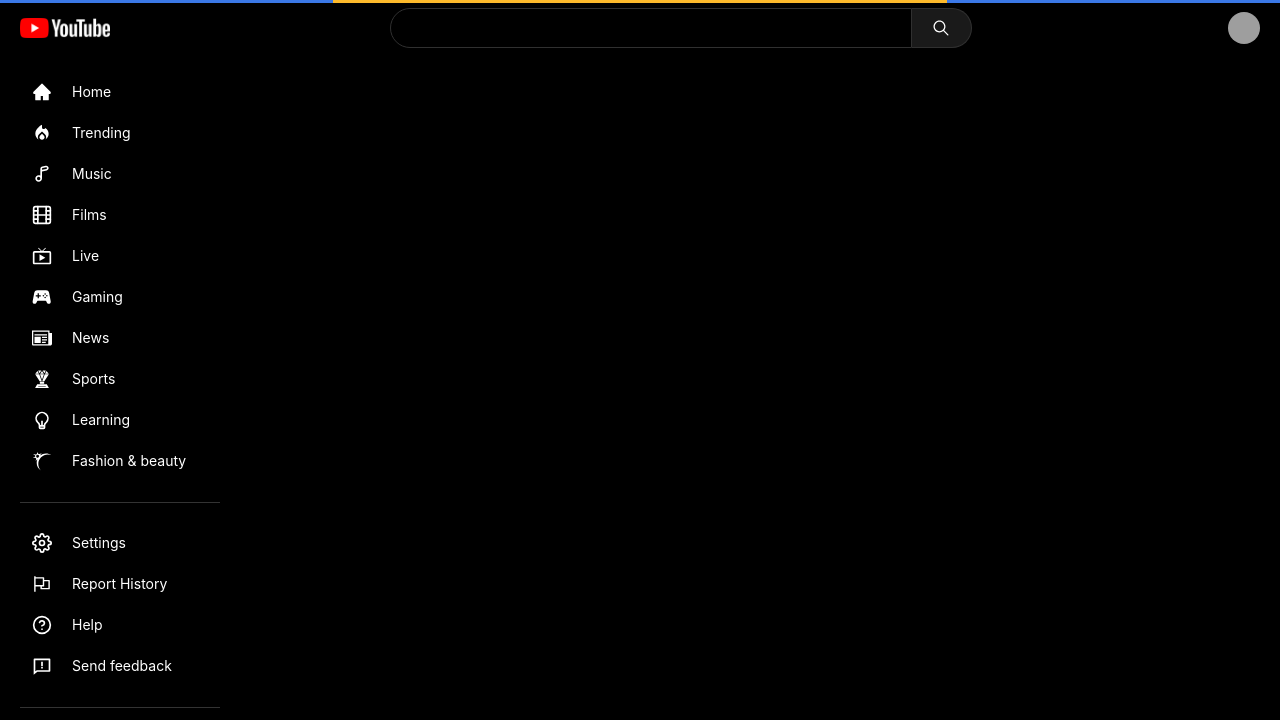
Repository: deepakbind/youtube_lite
Page: /
The author's editor kept a copy of each file at every save. The page is drawn from the files as they stood at one save, then again after the next save.
The browser window is 1280 px wide. The pictures show the whole page.
Pictures or frames that could not be fetched are drawn as grey boxes. The page's requests for data from a server got no answer. The project was rebuilt for these pictures with package versions that can differ from the ones it lists, and the page was loaded fresh each time. No one was signed in, and anything a server would have sent is missing. Also part of the build but not shown: src/shared/videoLength.jsx, src/components/VideoCard.jsx, src/components/SearchResultVideoCard.jsx, src/components/SearchResult.jsx, src/components/SuggestionVideoCard.jsx, src/components/VideoDetails.jsx.

Above is the page before, as saved 2023-03-03 08:56:56.

### public/index.html
<!DOCTYPE html>
<html lang="en">
  <head>
    <meta charset="utf-8" />
    <link rel="icon" href="%PUBLIC_URL%/favicon.ico" />
    <meta name="viewport" content="width=device-width, initial-scale=1" />
    <meta name="theme-color" content="#000000" />
    <meta
      name="description"
      content="Web site created using create-react-app"
    />
    <link rel="apple-touch-icon" href="%PUBLIC_URL%/logo192.png" />

    <link rel="manifest" href="%PUBLIC_URL%/manifest.json" />

    <title>Youtube</title>
  </head>
  <body>
    <div id="root"></div>

  </body>
</html>

### src/index.js
import React from "react";
import  ReactDOM  from "react-dom/client";
import './index.css';
import App from './App';

const root = ReactDOM.createRoot(document.getElementById("root"));
root.render(<App/>);

### src/App.js
import React from 'react';
import { BrowserRouter, Routes, Route } from 'react-router-dom';

import Header from './components/Header';
import Feed from './components/Feed';
import SearchResult from './components/SearchResult';
import VideoDetails from './components/VideoDetails';
import { AppContext } from './context/contextApi';
const App = () => {
  return (
    <AppContext>
      <BrowserRouter>
        <div className='flex flex-col h-full'>
          <Header />
          <Routes>
            <Route path='/' exact element={<Feed />} />
            <Route path='/searchResult/:searchQuery' element={<SearchResult />} />
            <Route path='/video/:id' element={<VideoDetails />} />
          </Routes>
        </div>
      </BrowserRouter>
    </AppContext>
  );
};

export default App;

### src/components/Header.jsx
import React, { useContext, useState } from "react";
import { Link, useLocation, useNavigate } from "react-router-dom";

import ytLogo from "../images/yt-logo.png";
import ytLogoMobile from "../images/yt-logo-mobile.png";

import { SlMenu } from "react-icons/sl";
import { IoIosSearch } from "react-icons/io";
import { RiVideoAddLine } from "react-icons/ri";
import { FiBell } from "react-icons/fi";
import { CgClose } from "react-icons/cg";

import { Context } from "../context/contextApi";
import Loader from "../shared/loader";

const Header = () => {
    const [searchQuery, setSearchQuery] = useState("");

    const { loading, mobileMenu, setMobileMenu } = useContext(Context);

    const navigate = useNavigate();

    const searchQueryHandler = (event) => {
        if ((event?.key === "Enter" || event === "searchButton") && searchQuery?.length > 0) {
            navigate(`/searchResult/${searchQuery}`);
        }
    };

    const mobileMenuToggle = () => {
        setMobileMenu(!mobileMenu);
    };

    const { pathname } = useLocation();
    const pageName = pathname?.split("/")?.filter(Boolean)?.[0]

    return (
        <div className="sticky top-0 z-10 flex flex-row items-center justify-between h-14 px-4 md:px-5 dark:bg-white bg-black">
            {loading && <Loader />}

            <div className="flex h-5 items-center">
                {pageName !== "video" && (
                    <div
                        className="flex md:hidden md:mr-6 cursor-pointer items-center justify-center h-10 w-10 rounded-full hover:bg-[#303030]/[0.6]"
                        onClick={mobileMenuToggle}
                        >
                        {mobileMenu ? (
                            <CgClose className="text-white text-xl" />
                        ) : (
                            <SlMenu className="text-white text-xl" />
                        )}
                    </div>
                )}
                <Link to="/" className="flex h-5 items-center">
                    <img
                        className="h-full hidden md:block"
                        src={ytLogo}
                        alt="Youtube" />
                    <img
                        className="h-full md:hidden"
                        src={ytLogoMobile}
                        alt="Youtube" />
                </Link>
            </div>
            <div className="group flex items-center">
                <div className="flex h-8 md:h-10 md:ml-10 md:pl-5 border border-[#303030] rounded-l-3xl group-focus-within:border-blue-500 md:group-focus-within:ml-5 md:group-focus-within:pl-0">
                    <div className="w-10 items-center justify-center hidden group-focus-within:md:flex">
                        <IoIosSearch className="text-white text-xl" />
                    </div>
                    <input
                        type="text"
                        className="bg-transparent outline-none text-white pr-5 pl-5 md:pl-0 w-44 md:group-focus-within:pl-0 md:w-64 lg:w-[500px]"
                        onChange={(e) => setSearchQuery(e.target.value)}
                        onKeyUp={searchQueryHandler}
                        value={searchQuery}
                    />
                </div>
                <button className="w-[400px] md:w-[60px] h-8 md:h-10 flex items-center justify-center border border-l-0 border-[#303030] rounded-r-3xl bg-white/[0.1]">
                    <IoIosSearch className="text-white text-xl" />
                </button>
            </div>
            <div className="flex items-center">
                <div className=" hidden dark:md:flex">
                    <div className="flex items-center justify-center h-10 w-10 rounded-full hover:bg-[#303030]/[0.6]">
                        <RiVideoAddLine className="text-white text-xl cursor-pointer" />
                    </div>
                    <div className="flex items-center justify-center ml-2 h-10 w-10 rounded-full hover:bg-[#303030]/[0.6]">
                        <FiBell className="text-white text-xl cursor-pointer" />
                    </div>
                </div>
                <div className="flex h-8 w-8 overflow-hidden rounded-full md:ml-4">
                        <img src="https://xsgames.co/randomusers/assets/avatars/female/27.jpg" />
                    </div>
            </div>
        </div>
    );
};
export default Header;

### src/components/Feed.jsx
import React, { useContext, useEffect } from "react";

import { Context } from "../context/contextApi";
import LeftNav from "./LeftNav";
import VideoCard from "./VideoCard";

const Feed = () => {
  const { loading, searchResults } = useContext(Context);

  useEffect(()=> {
document.getElementById("root").classList.remove("custom-h");
  },[]);

  return (
    <div className="flex flex-row h-[calc(100%-56px)]">
      <LeftNav />
      <div className="grow w-[calc(100%-240px)] h-full overflow-y-auto bg-black">
        <div className="grid grid-cols-1 md:grid-cols-2 lg:grid-cols-3 xl:grid-cols-4 gap-4 p-5">
          {!loading &&
            searchResults &&
            searchResults?.map((item) => {
              if (item?.type !== "video") return false;
              return (
                <VideoCard
                  key={item?.video?.videoId}
                  video={item?.video}
                />
              );
            })}
        </div>
      </div>
    </div>
  );
};

export default Feed;

### src/context/contextApi.js
import React, { createContext, useState, useEffect } from "react";

import { fetchDataFromApi } from "../utils/api";
export const Context = createContext();

export const AppContext = (props) => {
    const [loading, setLoading] = useState(false);
    const [searchResults, setSearchResults] = useState([]);
    const [selectCategories, setSelectCategories] = useState("New");
    const [mobileMenu, setMobileMenu] = useState(false);

    useEffect(() => {
        fetchSelectedCategoryData(selectCategories);
    }, [selectCategories]);

    const fetchSelectedCategoryData = (query) => {
        setLoading(true);
        fetchDataFromApi(`search/?q=${query}`).then(({ contents }) => {
            console.log(contents);
            setSearchResults(contents);
            setLoading(false);
        });
    };

    return (
        <Context.Provider
            value={{
                loading,
                setLoading,
                searchResults,
                selectCategories,
                setSelectCategories,
                mobileMenu,
                setMobileMenu,
            }}
        >
            {props.children}
        </Context.Provider>
    );
};

### src/shared/loader.jsx
import React from 'react';

const Loader = () => {
  return (
    <div className='load-bar'>
    <div className='bar'></div>
    <div className='bar'></div>
    <div className='bar'></div>
    </div>
  );
};

export default Loader;

### src/components/LeftNav.jsx
import React, { useContext } from "react";
import { useNavigate } from "react-router-dom";

import LeftNavMenuItem from "./LeftNavMenuItem";
import { categories } from "../utils/constants";
import { Context } from "../context/contextApi";

const LeftNav = () => {
    const { selectedCategory, setSelectedCategory, mobileMenu } =
        useContext(Context);

    const navigate = useNavigate();

    const clickHandler = (name, type) => {
        switch (type) {
            case "category":
                return setSelectedCategory(name);
            case "home":
                return setSelectedCategory(name);
            case "menu":
                return false;
            default:
                break;
        }
    };

    return (
        <div
            className={`md:block w-[240px] overflow-y-auto h-full py-4 bg-black absolute md:relative z-10 translate-x-[-240px] md:translate-x-0 transition-all ${
                mobileMenu ? "translate-x-0" : ""
            }`}
        >
            <div className="flex px-5 flex-col">
                {categories.map((item) => {
                    return (
                        <React.Fragment key={item.name}>
                            <LeftNavMenuItem
                                text={item.type === "home" ? "Home" : item.name}
                                icon={item.icon}
                                action={() => {
                                    clickHandler(item.name, item.type);
                                    navigate("/");
                                }}
                                className={`${
                                    selectedCategory === item.name
                                        ? "bg-white/[0.15]"
                                        : ""
                                }`}
                            />
                            {item.divider && (
                                <hr className="my-5 border-white/[0.2]" />
                            )}
                        </React.Fragment>
                    );
                })}
                <hr className="my-5 border-white/[0.2]" />
                <div className="text-white/[0.5] text-[12px]">
                    Clone by: DEEPAK KUMAR BIND
                </div>
            </div>
        </div>
    );
};

export default LeftNav;

### src/utils/api.js
import axios from "axios";
const BASE_URL = 'https://youtube138.p.rapidapi.com'
const options = {
    params: {hl: 'en', gl: 'US'},
    headers: {
      // 'X-RapidAPI-Key': process.env.REACT_APP_YOUTUBE_API_KEY,
      'X-RapidAPI-Key': '63fbd6d704mshaceeb7f09200ab1p10dd8fjsnc5c94eaca95f',
    'X-RapidAPI-Host': 'youtube138.p.rapidapi.com'
    }
  };

 export const fetchDataFromApi = async(url) => {
    const {data} = await axios.get(`${BASE_URL}/${url}`, options);
    return data;
  }

### src/utils/constants.js
import React from "react";

import { AiFillHome, AiOutlineFlag } from "react-icons/ai";
import { MdLocalFireDepartment, MdLiveTv } from "react-icons/md";
import { CgMusicNote } from "react-icons/cg";
import { FiFilm } from "react-icons/fi";
import { IoGameControllerSharp } from "react-icons/io5";
import { ImNewspaper } from "react-icons/im";
import { GiDiamondTrophy, GiEclipse } from "react-icons/gi";
import { RiLightbulbLine, RiFeedbackLine } from "react-icons/ri";
import { FiSettings, FiHelpCircle } from "react-icons/fi";

export const categories = [
    { name: "New", icon: <AiFillHome />, type: "home" },
    { name: "Trending", icon: <MdLocalFireDepartment />, type: "category" },
    { name: "Music", icon: <CgMusicNote />, type: "category" },
    { name: "Films", icon: <FiFilm />, type: "category" },
    { name: "Live", icon: <MdLiveTv />, type: "category" },
    { name: "Gaming", icon: <IoGameControllerSharp />, type: "category" },
    { name: "News", icon: <ImNewspaper />, type: "category" },
    { name: "Sports", icon: <GiDiamondTrophy />, type: "category" },
    { name: "Learning", icon: <RiLightbulbLine />, type: "category" },
    {
        name: "Fashion & beauty",
        icon: <GiEclipse />,
        type: "category",
        divider: true,
    },
    { name: "Settings", icon: <FiSettings />, type: "menu" },
    { name: "Report History", icon: <AiOutlineFlag />, type: "menu" },
    { name: "Help", icon: <FiHelpCircle />, type: "menu" },
    { name: "Send feedback", icon: <RiFeedbackLine />, type: "menu" },
];

### tailwind.config.js
/** @type {import('tailwindcss').Config} */
module.exports = {
  content: ["./src/**/*.{js,jsx,ts,tsx}"],
  theme: {
    extend: {},
  },
  plugins: [require('@tailwindcss/line-clamp')],
};

Loaded but not shown: src/index.css (common file); src/components/LeftNavMenuItem.jsx (common file)

After the next save:
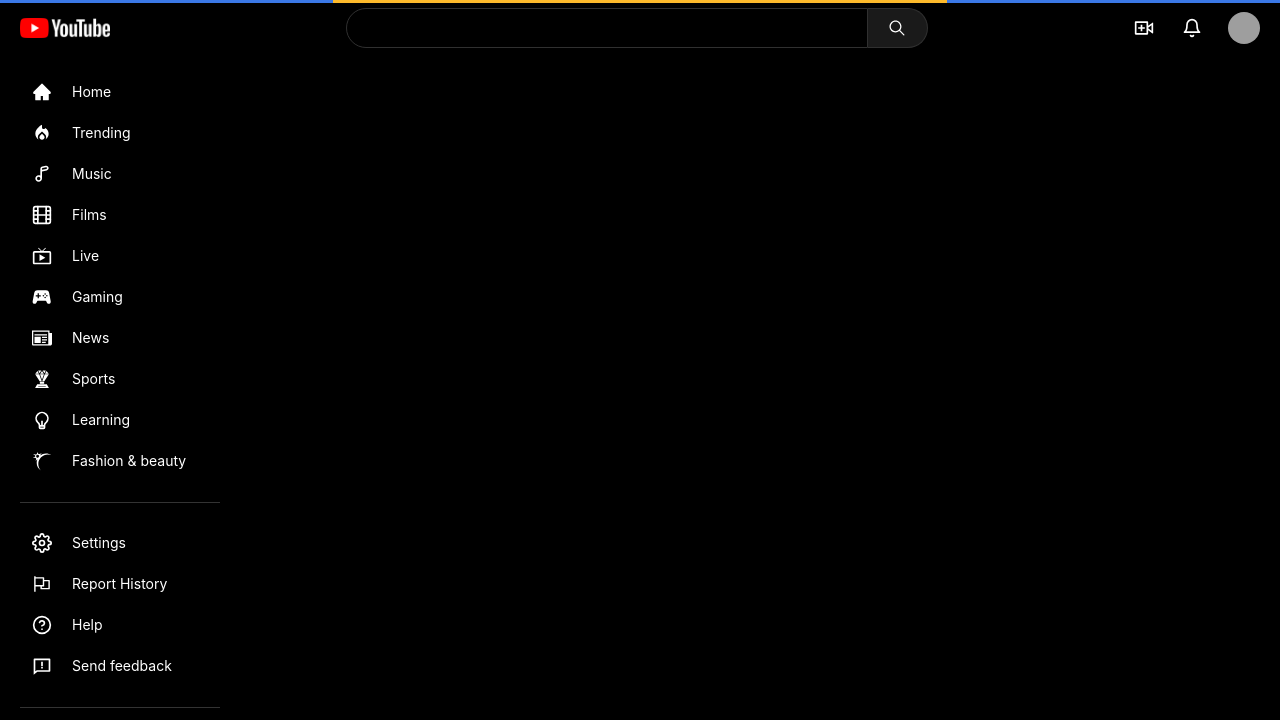
Saved 50 s later.
--- a/src/components/Header.jsx
+++ b/src/components/Header.jsx
@@ -79,7 +79,7 @@
                 </button>
             </div>
             <div className="flex items-center">
-                <div className=" hidden dark:md:flex">
+                <div className=" hidden md:flex">
                     <div className="flex items-center justify-center h-10 w-10 rounded-full hover:bg-[#303030]/[0.6]">
                         <RiVideoAddLine className="text-white text-xl cursor-pointer" />
                     </div>
